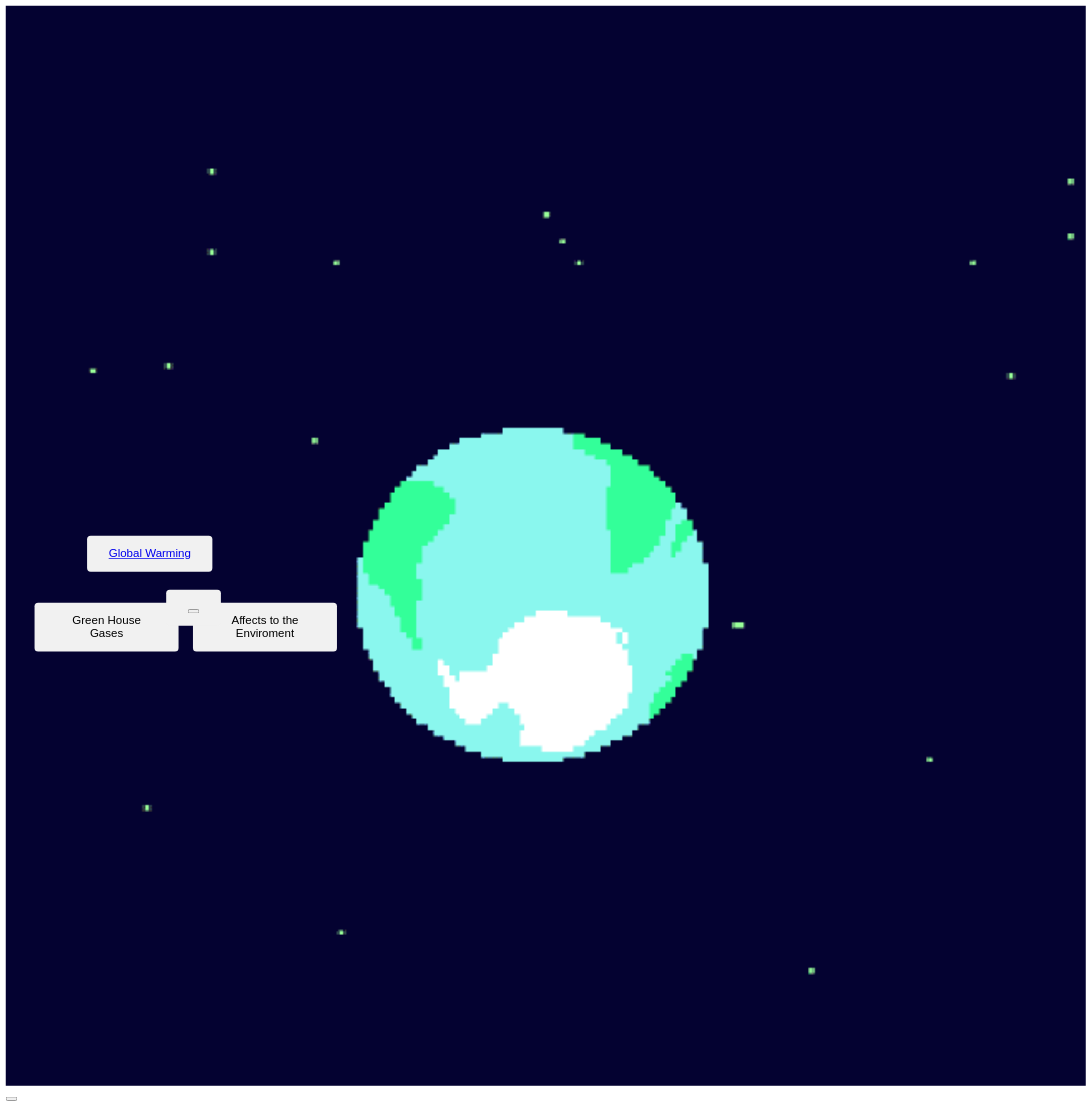
Repository: Alejandra-Pelayo/Alejandra-Pelayo.github.io
Page: 2.1.4/button_example.html
The author's editor kept a record of every edit. The page is drawn from the files as they stood at one moment, then again after the next edit.
The browser window is 1280 px wide. The page is 1508 px wide, so the pictures cover 1508 px, including what lies to the right of the window. The pictures show the whole page, at 72% of full size.

Above is the page before.

### 2.1.4/button_example.html
<!DOCTYPE html>
<html>
<head>
<style>
.container {
  position: relative;
  width: 100%;
  max-width: 400px;
}

.container img {
  width: 100%;
  height: auto;
}

.container .btn {
  position: absolute;
  top: 50%;
  left: 50%;
  transform: translate(-20%, -20%);
  -ms-transform: translate(-20%, -20%);
  background-color: #f1f1f1;
  color: black;
  font-size: 16px;
  padding: 16px 30px;
  border: none;
  cursor: pointer;
  border-radius: 5px;
  text-align: center;
}

.container .btn:hover {
  background-color: black;
  color: white;
}







.container .btn2 {
  position: absolute;
  top: 50%;
  left: 50%;
  transform: translate(-80%, 100%);
  -ms-transform: translate(-80%, -80%);
  background-color: #f1f1f1;
  color: black;
  font-size: 16px;
  padding: 16px 30px;
  border: none;
  cursor: pointer;
  border-radius: 5px;
  text-align: center;
}




.container .btn3 {
  position: absolute;
  top: 50%;
  left: 50%;
  transform: translate(30%, 100%);
  -ms-transform: translate(-80%, -80%);
  background-color: #f1f1f1;
  color: black;
  font-size: 16px;
  padding: 16px 30px;
  border: none;
  cursor: pointer;
  border-radius: 5px;
  text-align: center;
}






</style>
</head>
<body>



<link href="button.css" rel="stylesheet" type="text/css">
<div class="container">
  <img src="world_gif.gif" alt="Computer Man" style="width:1500px;height 768px;">
<a href="Enviromental.html">
  <button class="btn"> Global Warming<Button</button>
<a fred = "Green_House.html">
  <button class ="btn2"> Green House Gases <Button/button>
<a ghkj = ""
  <button class ="btn3"> Affects to the Enviroment <Button/button>

</div>

</body>
</html>

### button.css
.container {
  position: relative;
  width: 100%;
  max-width: 400px;
}

.container img {
  width: 100%;
  height: auto;
}

.container .btn {
  position: absolute;
  top: 50%;
  left: 50%;
  transform: translate(-50%, -50%);
  -ms-transform: translate(-50%, -50%);
  background-color: #f1f1f1;
  color: black;
  font-size: 16px;
  padding: 16px 30px;
  border: none;
  cursor: pointer;
  border-radius: 5px;
  text-align: center;
}

.container .btn:hover {
  background-color: black;
  color: white;
}






.container {
  position: relative;
  width: 100%;
  max-width: 400px;
}

.container img {
  width: 100%;
  height: auto;
}

.container .button {
  position: absolute;
  top: 50%;
  left: 50%;
  transform: translate(-40%, -40%);
  -ms-transform: translate(-40%, -40%);
  background-color: #f1f1f1;
  color: black;
  font-size: 16px;
  padding: 16px 30px;
  border: none;
  cursor: pointer;
  border-radius: 5px;
  text-align: center;
}

.container .button:hover {
  background-color: black;
  color: white;
}






.bg {
  background-image: url("world_gif.gif");


  height: 100%;


  background-position: center;
  background-repeat: no-repeat;
  background-size: cover;
}

img.bg {
  /* Set rules to fill background */
  min-height: 100%;
  min-width: 1024px;

  /* Set up proportionate scaling */
  width: 100%;
  height: auto;

  /* Set up positioning */
  position: fixed;
  top: 0;
  left: 0;
}

@media screen and (max-width: 1024px) { /* Specific to this particular image */
  img.bg {
    left: 50%;
    margin-left: -512px;   /* 50% */
  }
}

After the next edit:
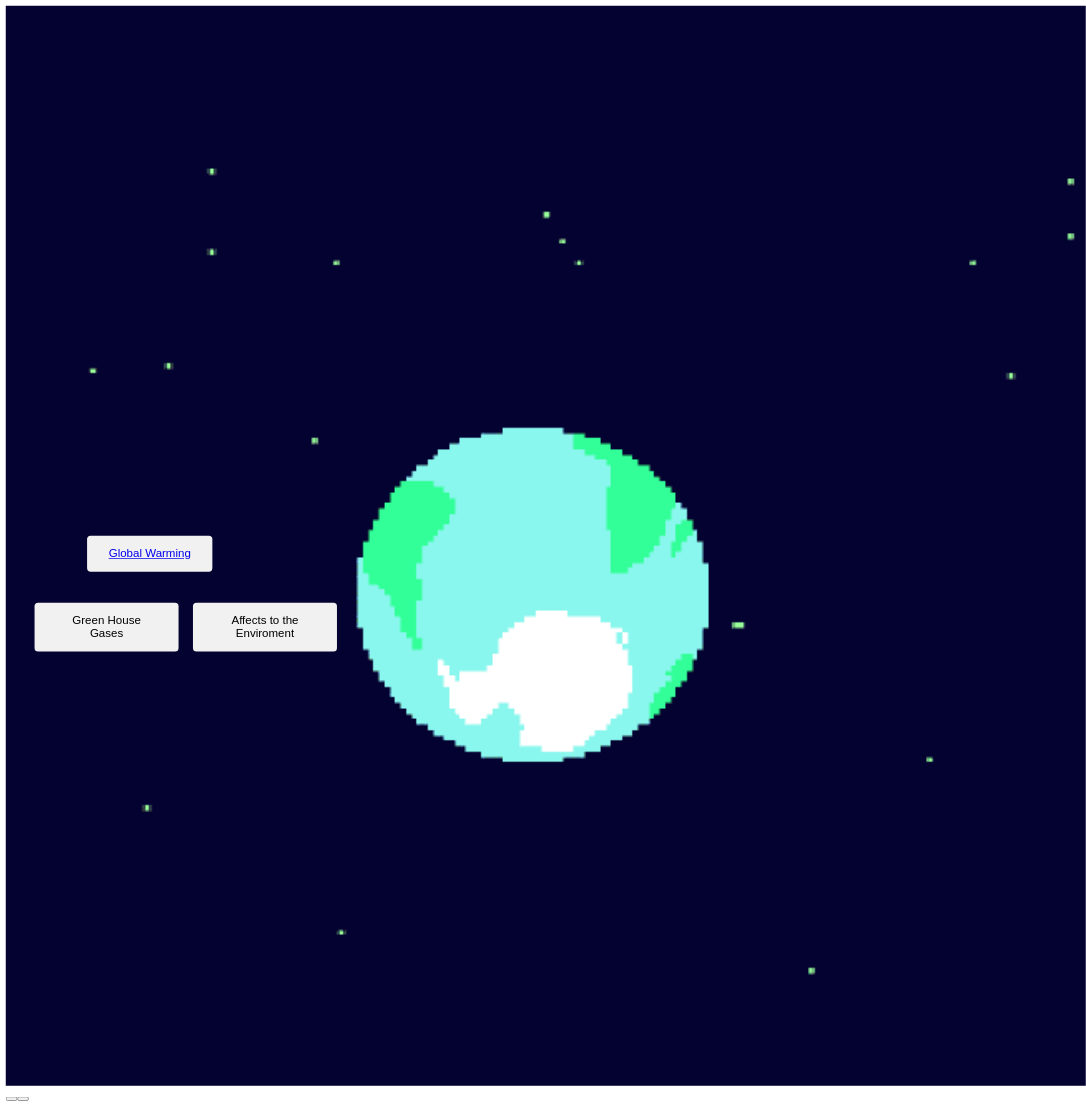
The edit:
--- a/2.1.4/button_example.html
+++ b/2.1.4/button_example.html
@@ -93,7 +93,7 @@
   <button class="btn"> Global Warming<Button</button>
 <a fred = "Green_House.html">
   <button class ="btn2"> Green House Gases <Button/button>
-<a ghkj = ""
+<a ghkj = "animals.html">
   <button class ="btn3"> Affects to the Enviroment <Button/button>
 
 </div>
